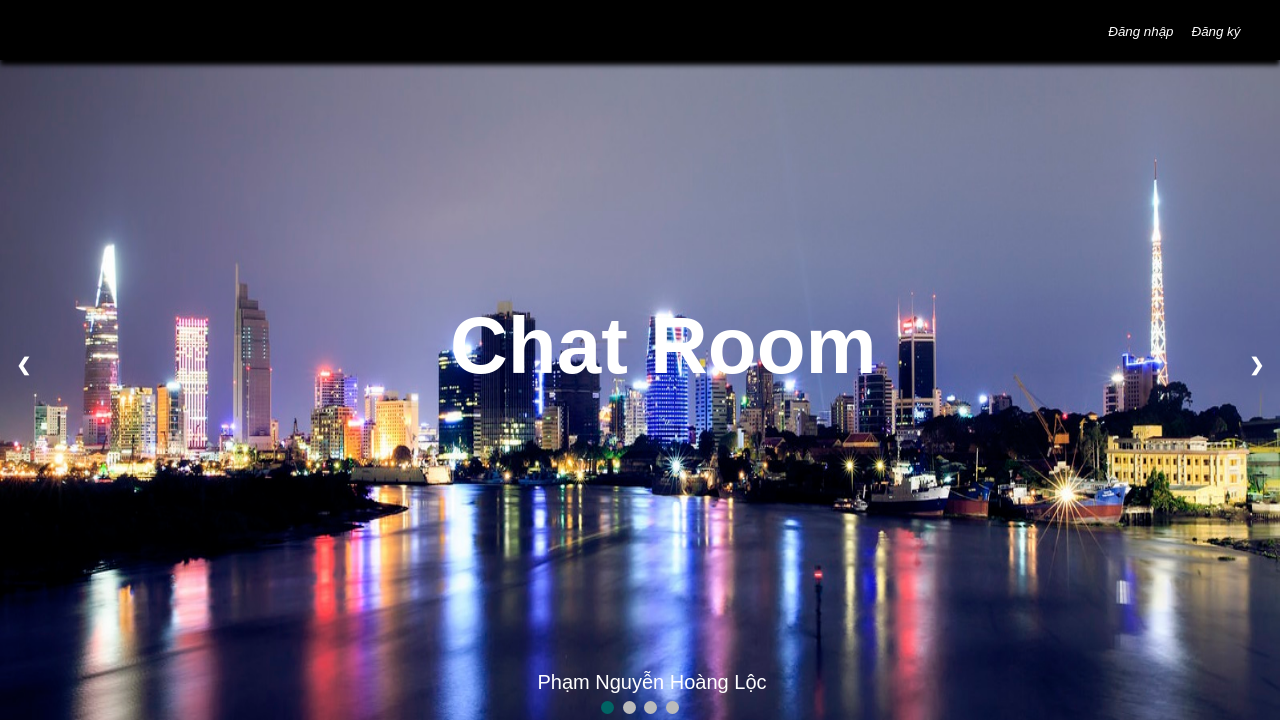
Repository: viplocpro/jsp
Page: ChatServlet/WebContent/index.html
These files come from the project's save history. The page is drawn as it stood at one moment and after the next save; the edit follows.
The browser window is 1280 px wide. The pictures show the whole page.

Above is the page before, as saved 2016-10-13 03:13:54.

After the next save:
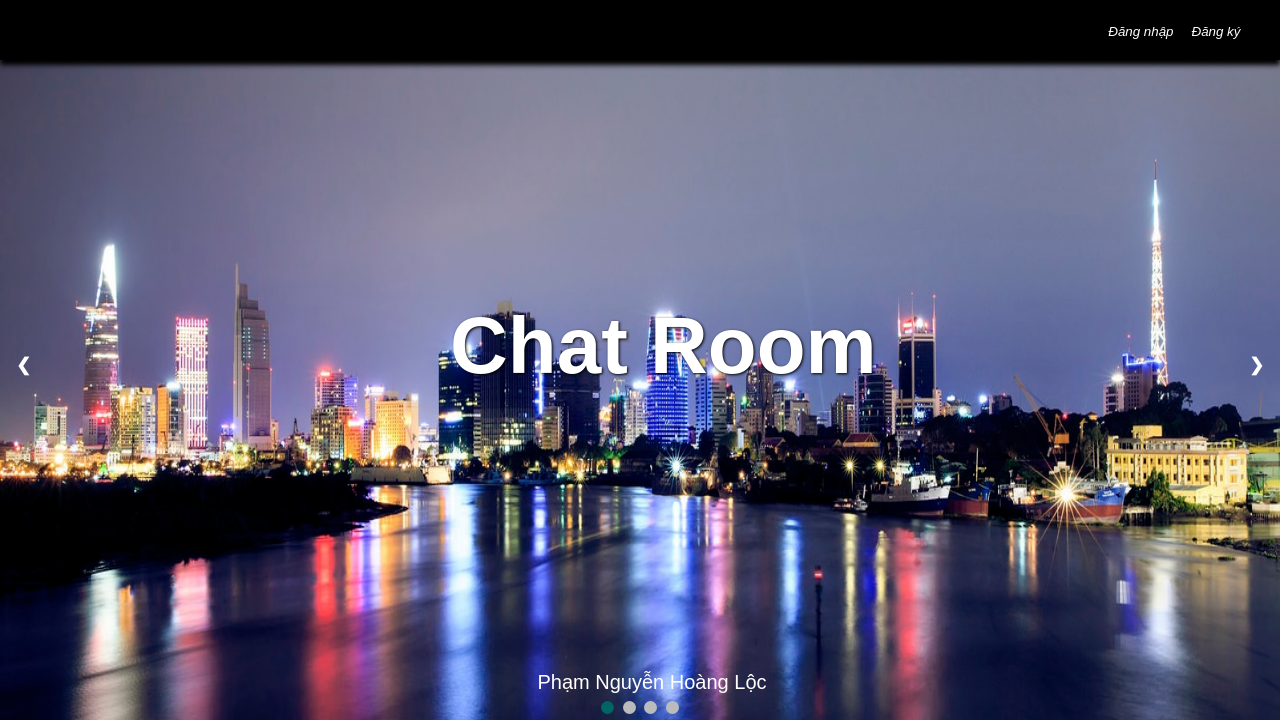
Saved 21 s later.
--- a/ChatServlet/WebContent/style/style.css
+++ b/ChatServlet/WebContent/style/style.css
@@ -174,7 +174,7 @@ body{
 	position: absolute;
 	top: 300px;
 	left: 450px;
-	text-shadow: 1px 1px 3px 5px black;
+	text-shadow: 1px 1px 3px black;
 }
 
 .active, .dot:hover {
